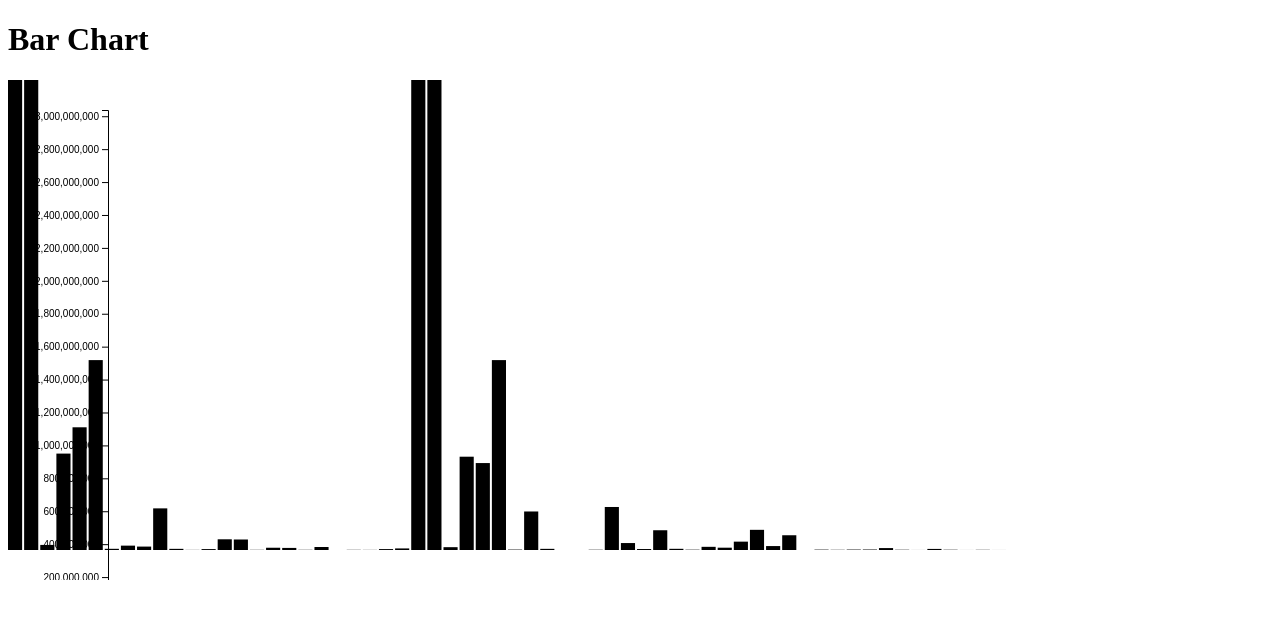
Repository: komalharjani/d3js-visualisation
Page: index.html
These files come from the project's save history. The page is drawn as it stood at one moment and after the next save; the edit follows.
The browser window is 1280 px wide. The pictures show the whole page.

Above is the page before, as saved 2020-04-29 18:27:34.

After the next save:
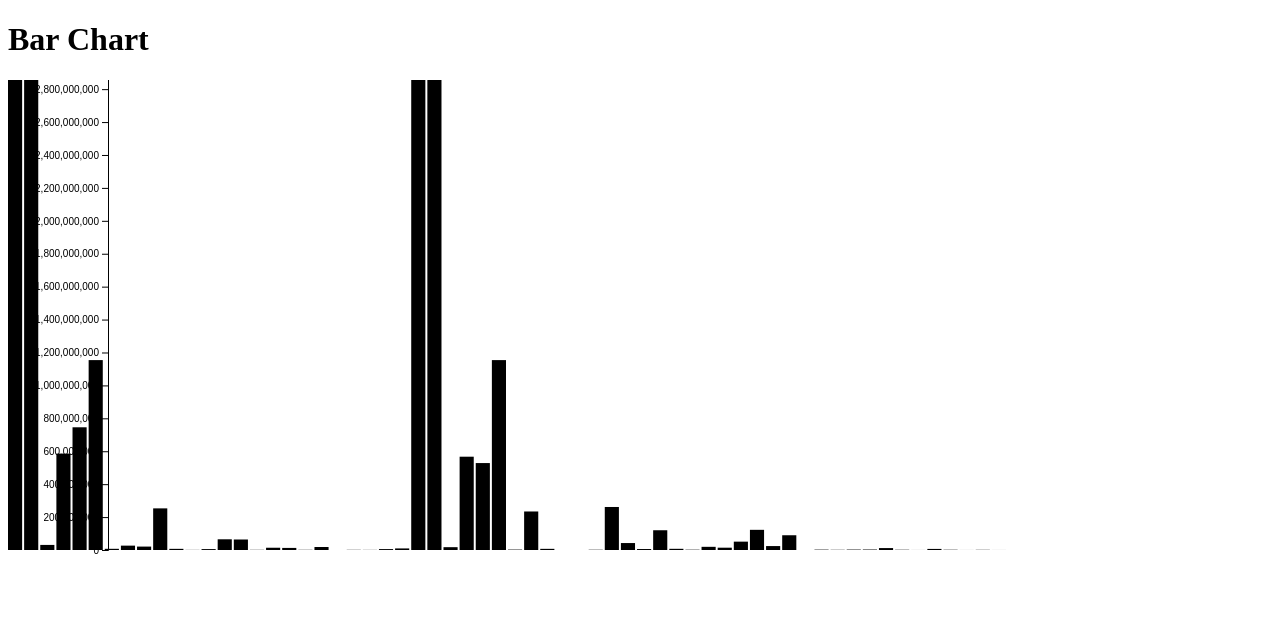
Saved 5 s later.
--- a/index.js
+++ b/index.js
@@ -52,7 +52,7 @@ d3.csv(dataPath)
                         .scale(yscale);
 
                 svg.append("g")
-                        .attr("transform", "translate(100,30)")
+                        .attr("transform", "translate(100,-30)")
                         .call(y_axis)
 
 
